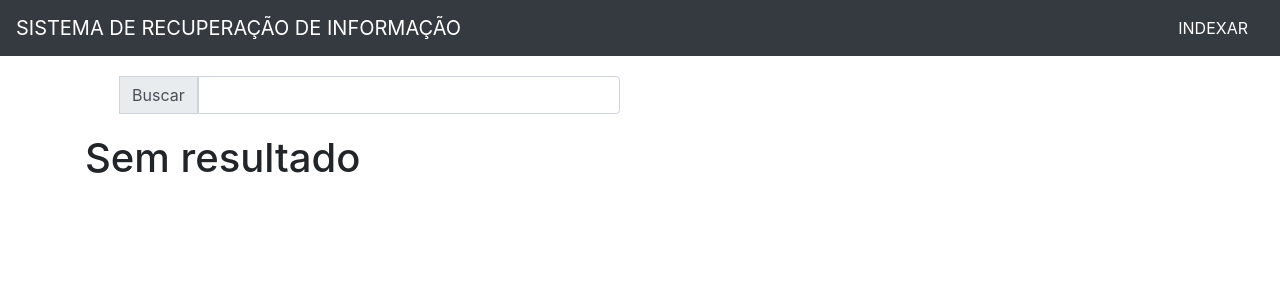
Repository: TiagoEude/sri
Page: / (app in client/)
An editor plug-in stored every save of this project. The page is shown before and after a run of saves, followed by the edit.
The browser window is 1280 px wide. The pictures show the whole page.
The page's requests for data from a server got no answer. The project was rebuilt for these pictures with package versions that can differ from the ones it lists, and the page was loaded fresh each time. Some packages were replaced by stand-ins written for this rebuild. The framework's server and built-in components were replaced by stand-ins that run in the browser. No one was signed in, and anything a server would have sent is missing. Also part of the build but not shown: client/next.config.js, client/components/PaginationApp.js, client/components/LoaderSpiner.js.

Above is the page before, as saved 2022-06-27 15:55:28.

After the next 5 saves:
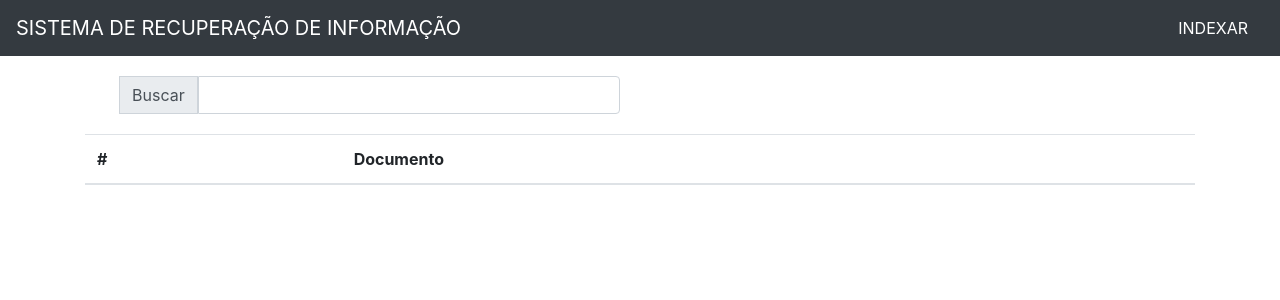
The 5 saves are shown as one change because 4 did not build or start.
The last was saved 3 min 58 s later.
--- a/client/pages/index.js
+++ b/client/pages/index.js
@@ -10,9 +10,7 @@ export default function Index() {
   const [isLoading, setLoading] = useState(false);
   const [query, updateQuery] = useState("");
 
-  const data2 = {
-    documento: "123456789",
-  };
+  const data2 = ["123456789", "123456789", "123456789", "123456789"];
 
   useEffect(() => {
     setLoading(true);
--- a/client/components/List.js
+++ b/client/components/List.js
@@ -5,30 +5,26 @@ import PaginationApp from "./PaginationApp";
 function List(props) {
   const data = props.data;
 
-  if (data && data.length) {
-    return (
-      <>
-        <Table striped>
-          <thead>
-            <tr>
-              <th>#</th>
-              <th>Documento</th>
+  return (
+    <>
+      <Table striped>
+        <thead>
+          <tr>
+            <th>#</th>
+            <th>Documento</th>
+          </tr>
+        </thead>
+        <tbody>
+          {data.forEach((doc) => (
+            <tr key={doc.id}>
+              <th scope="row">{doc.id}</th>
+              <td>{doc.documento}</td>
             </tr>
-          </thead>
-          <tbody>
-            {searchQuery.map((pub) => (
-              <tr key={pub.id}>
-                <th scope="row">{pub.id}</th>
-                <td>{pub.documento}</td>
-              </tr>
-            ))}
-          </tbody>
-        </Table>
-      </>
-    );
-  } else {
-    return <h1>Sem resultado</h1>;
-  }
+          ))}
+        </tbody>
+      </Table>
+    </>
+  );
 }
 
 export default List;
